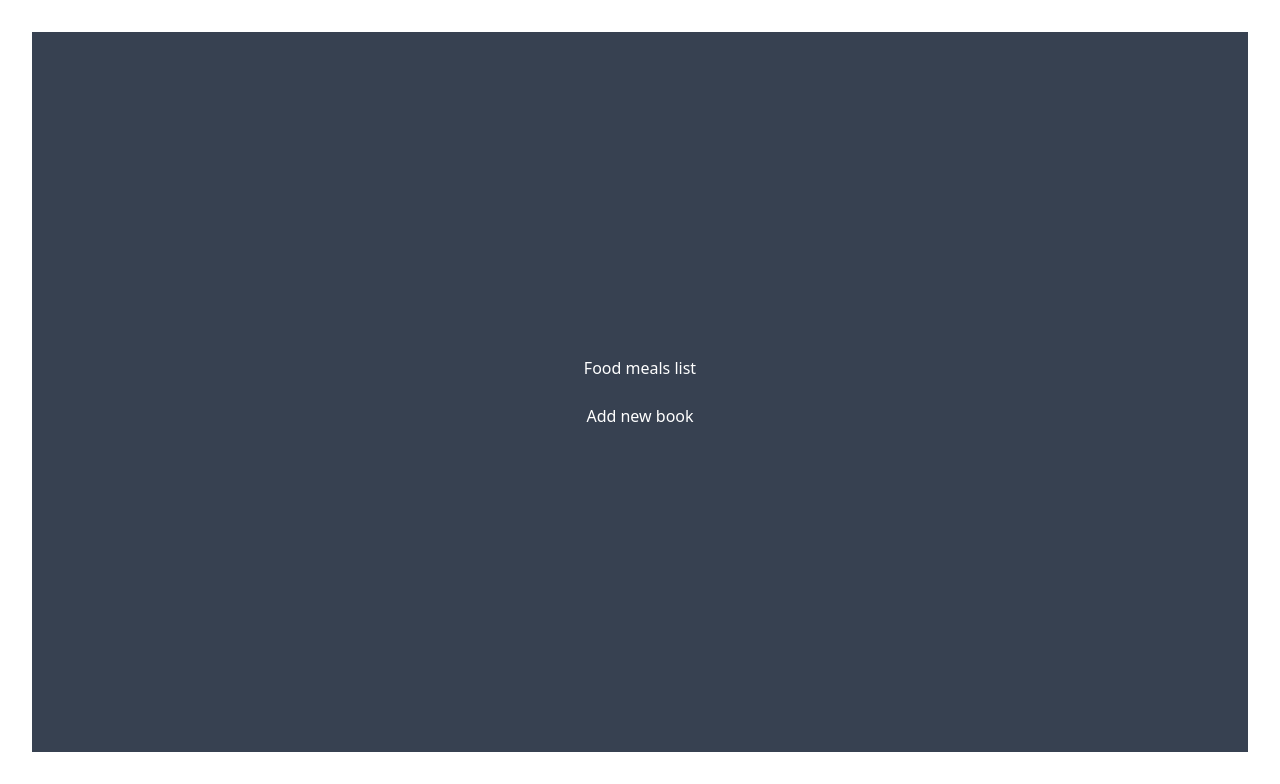
Repository: Vasil1001/fullstack-nutrition-tracker
Page: / (app in frontend/)
The author's editor kept a copy of each file at every save. The page is drawn from the files as they stood at one save, then again after a run of saves.
The browser window is 1280 px wide. The pictures show the whole page.
The page's requests for data from a server got no answer. The project was rebuilt for these pictures with package versions that can differ from the ones it lists, and the page was loaded fresh each time. No one was signed in, and anything a server would have sent is missing. Also part of the build but not shown: frontend/vite.config.js, frontend/src/pages/Add.jsx, frontend/src/pages/Update.jsx.

Above is the page before, as saved 2023-05-21 16:11:36.

### frontend/src/App.jsx
import { useState } from 'react'
import reactLogo from './assets/react.svg'
import viteLogo from '/vite.svg'
import './App.css'
import { BrowserRouter, Routes, Route } from 'react-router-dom'
import Books from './pages/Books'
import Add from './pages/Add'
import Update from './pages/Update'

function App() {
  return (
    <div className="bg-gray-700">
      <div className="max-w-screen mx-auto flex min-h-screen flex-col justify-center bg-gray-700 px-10 xl:w-10/12  ">
        <BrowserRouter>
          <Routes>
            <Route path="/" element={<Books />} />
            <Route path="/add" element={<Add />} />
            <Route path="/update" element={<Update />} />
          </Routes>
        </BrowserRouter>
      </div>
    </div>
  )
}

export default App

### frontend/src/pages/Books.jsx
import axios, { Axios } from 'axios'
import React, { useEffect, useState } from 'react'
import { Link } from 'react-router-dom'

export default function Books() {
  const [books, setBooks] = React.useState([])

  //   const fetchBooks = async () => {
  //     const response = await fetch('http://localhost:8080/books')
  //     const data = await response.json()
  //     setBooks(data)
  //     console.log(data)
  //   }

  useEffect(() => {
    async function fetchAllBooks() {
      try {
        const response = await axios.get('http://localhost:8080/books')
        setBooks(response.data)
        console.log(response)
      } catch (error) {
        console.log(error)
      }
    }
    fetchAllBooks()
  }, [])

  return (
    <div className="flex flex-col justify-center items-center text-white">
      <h1>Food meals list</h1>
      <div className="flex gap-5 mt-6 justify-center">
        {books.map((book) => (
          <div className="p-6 bg-slate-400" key={book.id}>
            <h1>{book.title}</h1>
            {book.cover && <img src={book.cover} alt={book.title} />}
            <p>{book.desc}</p>
            <span>{book.price}</span>
          </div>
        ))}
      </div>
      <button>
        <Link to="/add">Add new book</Link>
      </button>
    </div>
  )
}

### frontend/tailwind.config.js
/** @type {import('tailwindcss').Config} */
export default {
  content: [
    "./index.html",
    "./src/**/*.{js,ts,jsx,tsx}",
  ],
  theme: {
    extend: {},
  },
  plugins: [require("tailwindcss-animate")],
}

Loaded but not shown: frontend/index.html (common file); frontend/src/main.jsx (common file); frontend/src/index.css (common file); frontend/src/App.css (common file)

After the next 3 saves:
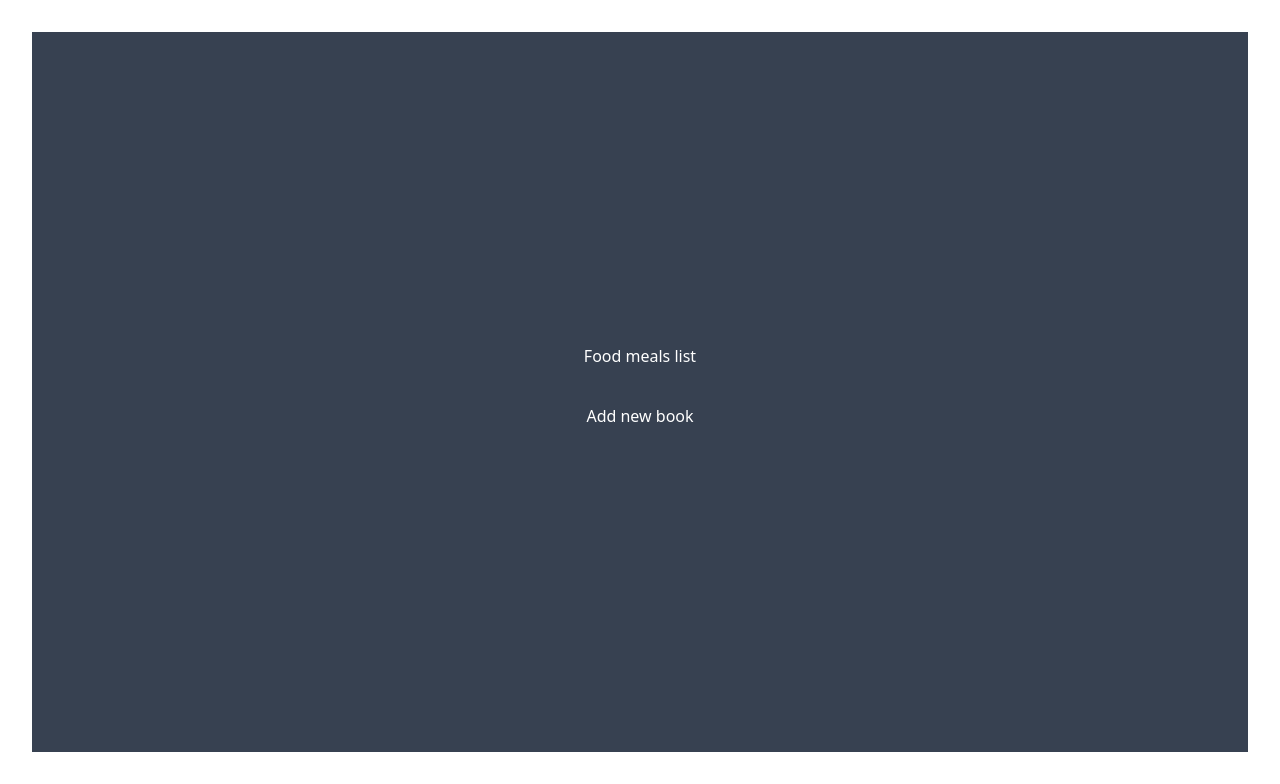
The 3 saves are shown as one change because they came seconds apart.
The last was saved 8 s later.
--- a/frontend/src/pages/Books.jsx
+++ b/frontend/src/pages/Books.jsx
@@ -38,7 +38,7 @@ export default function Books() {
           </div>
         ))}
       </div>
-      <button>
+      <button className='p-3'>
         <Link to="/add">Add new book</Link>
       </button>
     </div>
